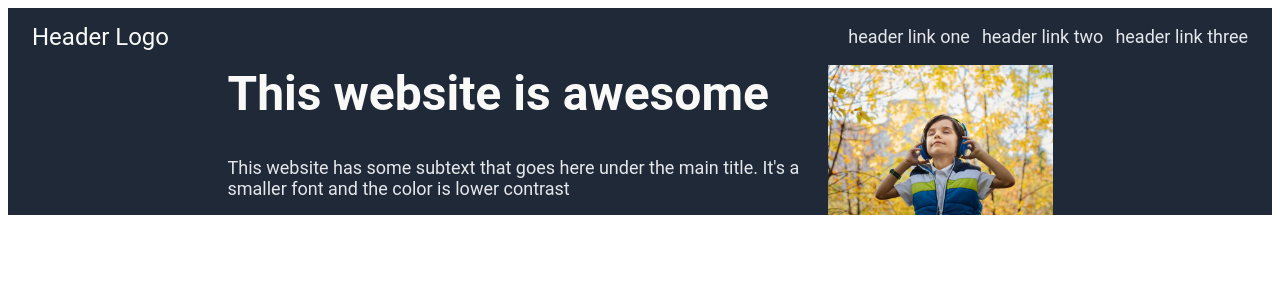
Repository: z1youRA/FirstWebsite
Page: index.html
The author's editor kept a copy of each file at every save. The page is drawn from the files as they stood at one save, then again after the next save.
The browser window is 1280 px wide. The pictures show the whole page.

Above is the page before, as saved 2021-11-25 17:28:04.

After the next save:
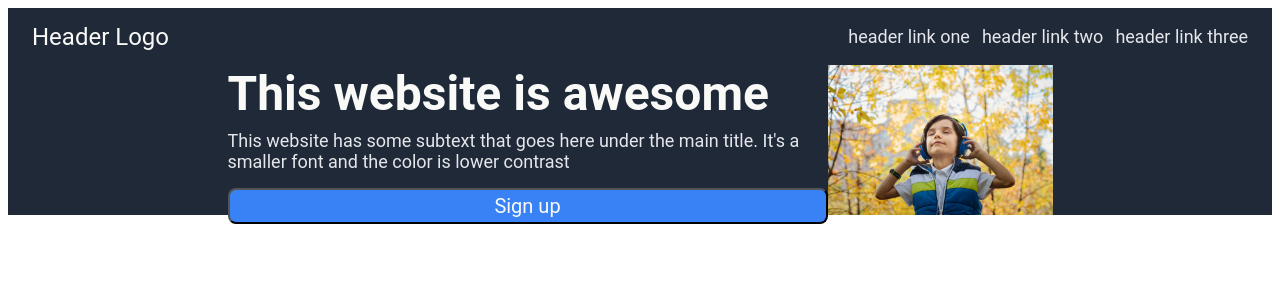
Saved 14 s later.
--- a/styles.css
+++ b/styles.css
@@ -36,7 +36,7 @@ button {
     justify-content: space-between;
     height: 150px;
     max-width: 600px;
-    flex-wrap: wrap;
+    flex-wrap: nowrap;
 }
 
 .hero img {
